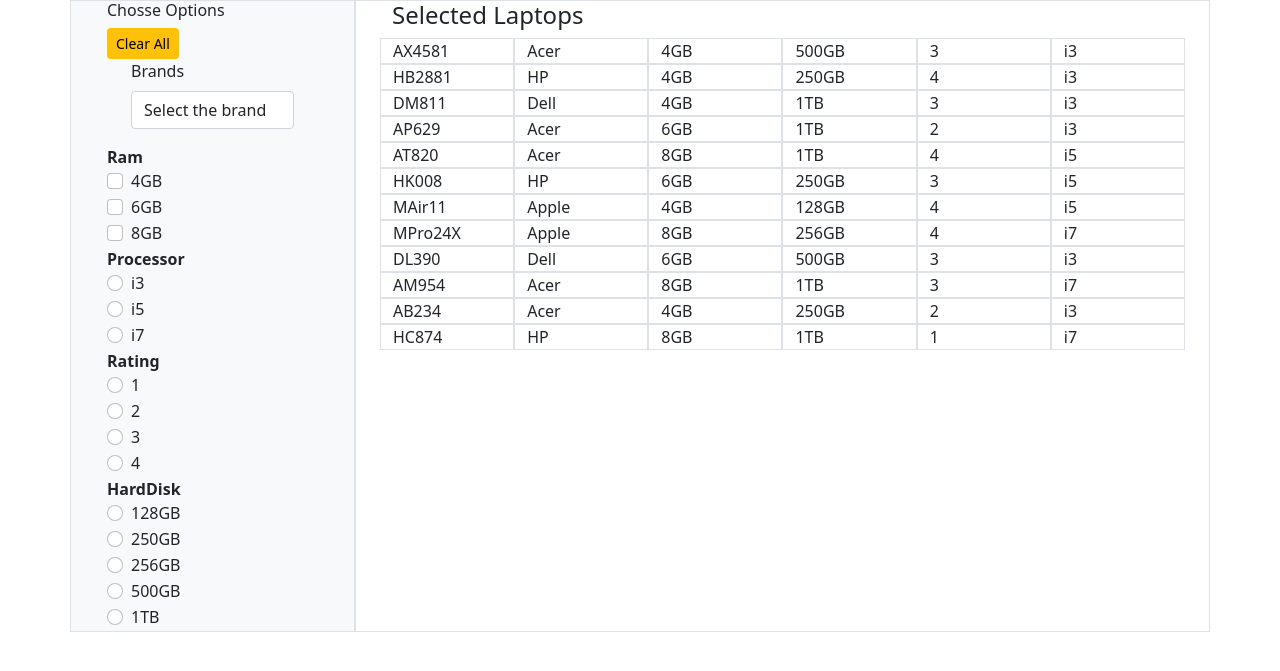
Repository: Sanjayjangra88/combo_app
Page: /
An editor plug-in stored every save of this project. The page is shown before and after the next save, followed by the edit.
The browser window is 1280 px wide. The pictures show the whole page.
Some web libraries are served in a nearby version. The project was rebuilt for these pictures with package versions that can differ from the ones it lists, and the page was loaded fresh each time. Also part of the build but not shown: src/App.js.

Above is the page before, as saved 2022-06-03 16:13:55.

After the next save:
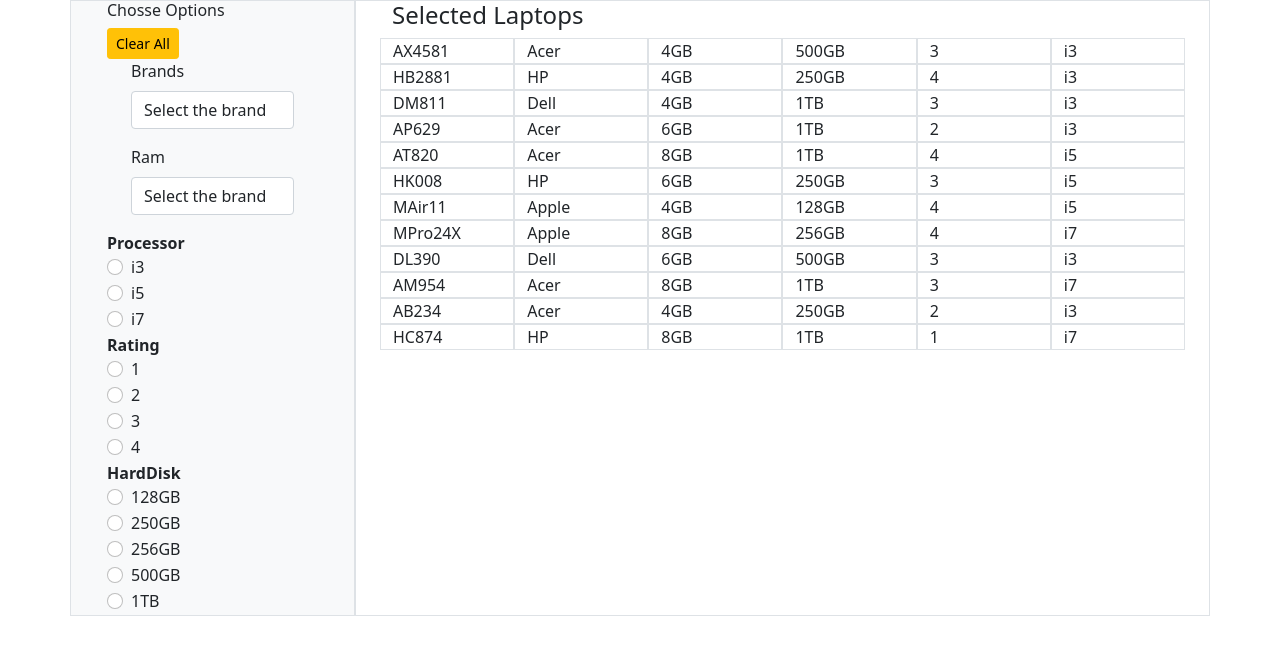
Saved 6 min 10 s later.
--- a/src/Components/leftPanel.jsx
+++ b/src/Components/leftPanel.jsx
@@ -21,7 +21,7 @@ export class leftPanel extends Component {
           </div>
               </div>
        {/* {this.showCheckBoxes("Brands",optionArry.brand,"brand",optionSell.brand)} */}
-          {this.showCheckBoxes("Ram",optionArry.ram,"ram",optionSell.ram)}
+          {this.showDrop("Ram",optionArry.ram,"ram",brand)}
           {this.showRadios("Processor",optionArry.processor,"processor",optionSell.processor)}
           {this.showRadios("Rating",optionArry.rating,"rating",optionSell.rating)}
           {this.showRadios("HardDisk",optionArry.hardDisk,"hardDisk",optionSell.hardDisk)}
@@ -89,6 +89,22 @@ export class leftPanel extends Component {
           </React.Fragment>
       )
   }
+  showDrop=(label,arr,name,brand)=>{
+      return(
+          <React.Fragment>
+          <div className="container">
+         <div className="form-group">
+         <label>{label}</label>
+         <select className="form-control"name={name}value={brand}onChange={this.handelChange}>
+        <option disabled value="">Select the brand</option>
+        {arr.map((ele)=><option>{ele}</option>)}
+          </select>
+          </div>
+              </div>
+
+          </React.Fragment>
+      )
+  }
 
 }
 
